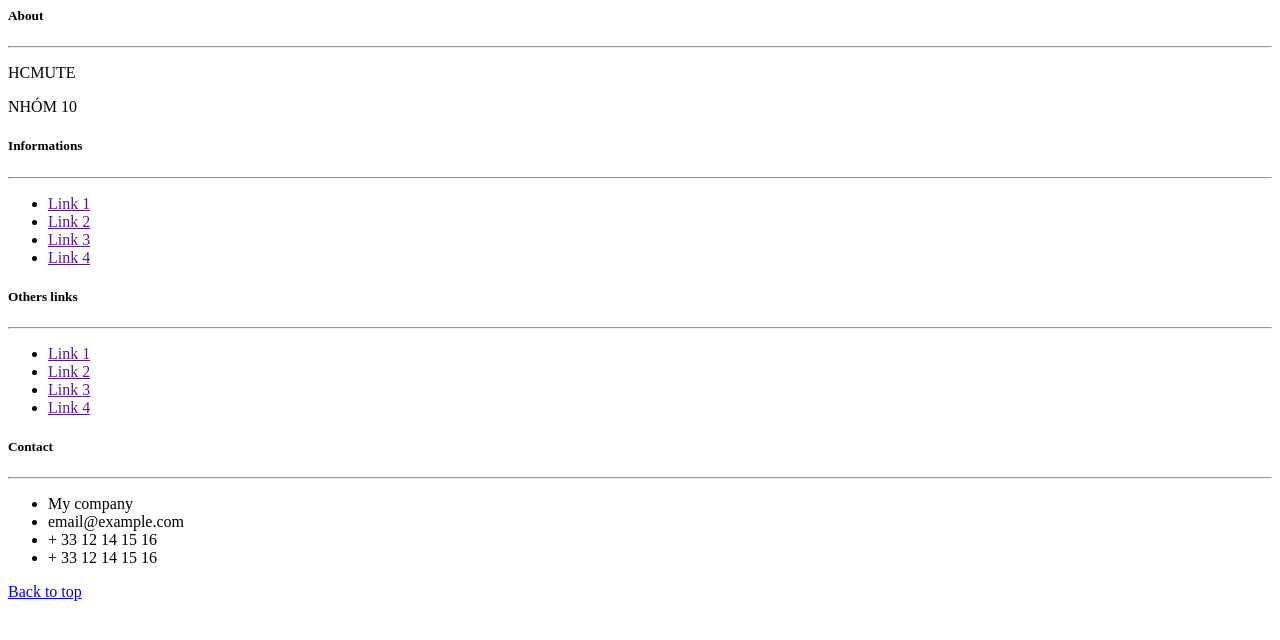
Repository: vule2809/LTW-20146307
Page: http://localhost/Banxemay_nhom10/common/manager/footer.jsp
The author's editor kept a copy of each file at every save. The page is drawn from the files as they stood at one save, then again after the next save.
The browser window is 1280 px wide. The pictures show the whole page.
The page is served by Tomcat 9. Nobody is signed in. The application's start-up code is not run. Other server files are loaded and not shown.

Above is the page before, as saved 2023-12-10 01:07:11.

### Banxemay_nhom10/src/main/webapp/common/manager/footer.jsp
<%@ page language="java" contentType="text/html; charset=UTF-8"
    pageEncoding="UTF-8"%>
<!-- Footer -->
<footer class="text-light">
	<div class="container">
		<div class="row">
			<div class="col-md-3 col-lg-4 col-xl-3">
				<h5>About</h5>
				<hr class="bg-white mb-2 mt-0 d-inline-block mx-auto w-25">
				<p class="mb-0">HCMUTE</p>
				<p class="mb-0">NHÓM 10</p>
			</div>

			<div class="col-md-2 col-lg-2 col-xl-2 mx-auto">
				<h5>Informations</h5>
				<hr class="bg-white mb-2 mt-0 d-inline-block mx-auto w-25">
				<ul class="list-unstyled">
					<li><a href="">Link 1</a></li>
					<li><a href="">Link 2</a></li>
					<li><a href="">Link 3</a></li>
					<li><a href="">Link 4</a></li>
				</ul>
			</div>

			<div class="col-md-3 col-lg-2 col-xl-2 mx-auto">
				<h5>Others links</h5>
				<hr class="bg-white mb-2 mt-0 d-inline-block mx-auto w-25">
				<ul class="list-unstyled">
					<li><a href="">Link 1</a></li>
					<li><a href="">Link 2</a></li>
					<li><a href="">Link 3</a></li>
					<li><a href="">Link 4</a></li>
				</ul>
			</div>

			<div class="col-md-4 col-lg-3 col-xl-3">
				<h5>Contact</h5>
				<hr class="bg-white mb-2 mt-0 d-inline-block mx-auto w-25">
				<ul class="list-unstyled">
					<li><i class="fa fa-home mr-2"></i> My company</li>
					<li><i class="fa fa-envelope mr-2"></i> email@example.com</li>
					<li><i class="fa fa-phone mr-2"></i> + 33 12 14 15 16</li>
					<li><i class="fa fa-print mr-2"></i> + 33 12 14 15 16</li>
				</ul>
			</div>
			<div class="col-12 copyright mt-3">
				<p class="float-left">
					<a href="#">Back to top</a>
				</p>

			</div>
		</div>
	</div>
</footer>

After the next save:
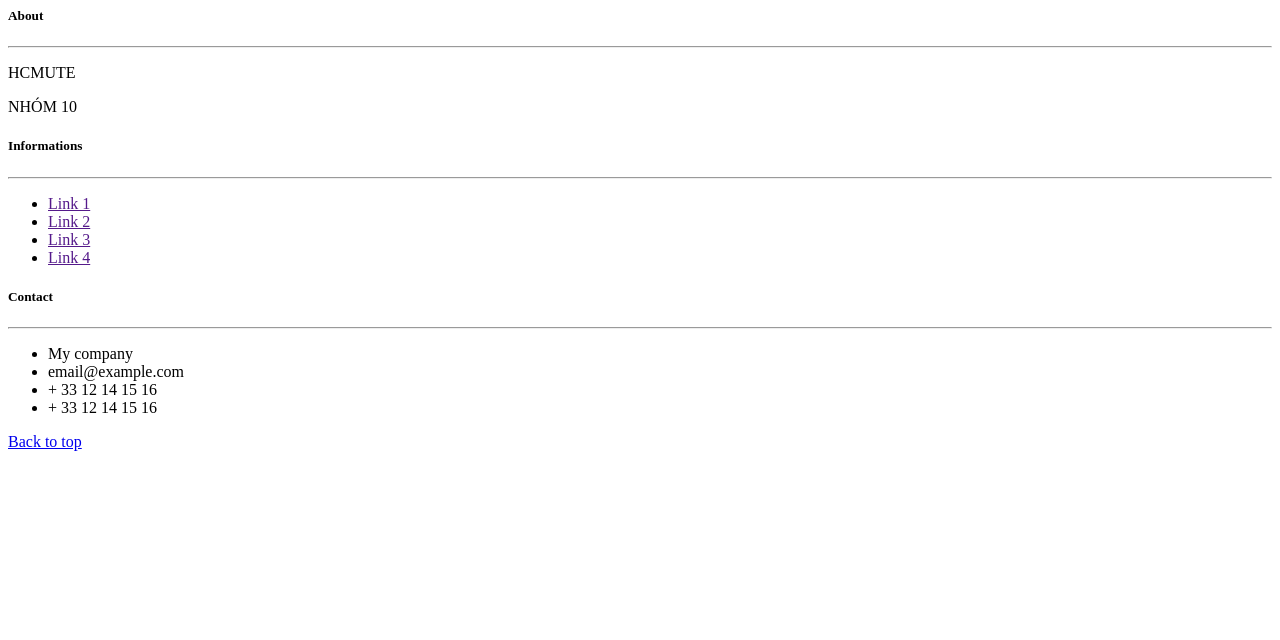
Saved 19 s later.
--- a/Banxemay_nhom10/src/main/webapp/common/manager/footer.jsp
+++ b/Banxemay_nhom10/src/main/webapp/common/manager/footer.jsp
@@ -1,5 +1,5 @@
 <%@ page language="java" contentType="text/html; charset=UTF-8"
-    pageEncoding="UTF-8"%>
+	pageEncoding="UTF-8"%>
 <!-- Footer -->
 <footer class="text-light">
 	<div class="container">
@@ -13,17 +13,6 @@
 
 			<div class="col-md-2 col-lg-2 col-xl-2 mx-auto">
 				<h5>Informations</h5>
-				<hr class="bg-white mb-2 mt-0 d-inline-block mx-auto w-25">
-				<ul class="list-unstyled">
-					<li><a href="">Link 1</a></li>
-					<li><a href="">Link 2</a></li>
-					<li><a href="">Link 3</a></li>
-					<li><a href="">Link 4</a></li>
-				</ul>
-			</div>
-
-			<div class="col-md-3 col-lg-2 col-xl-2 mx-auto">
-				<h5>Others links</h5>
 				<hr class="bg-white mb-2 mt-0 d-inline-block mx-auto w-25">
 				<ul class="list-unstyled">
 					<li><a href="">Link 1</a></li>
